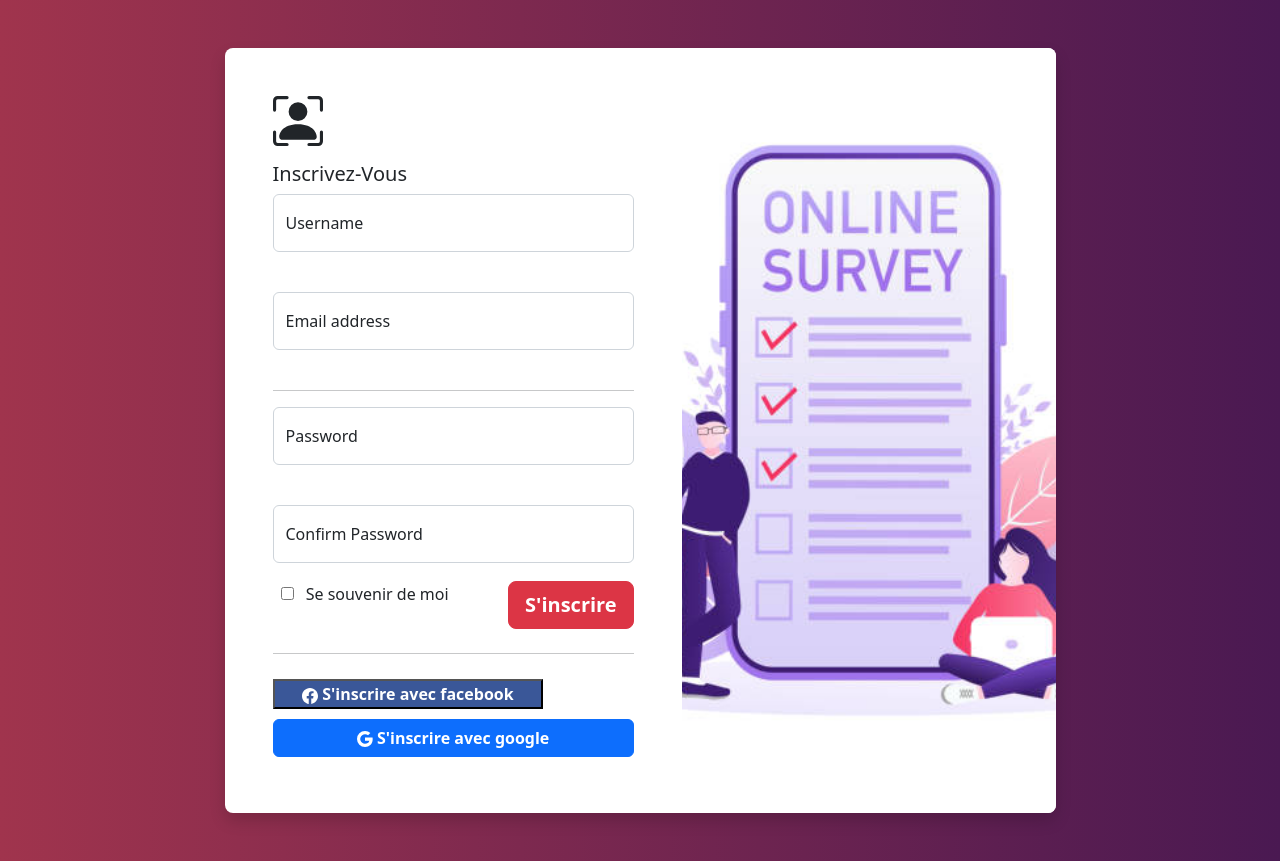
Repository: Djiamil/testsMoustaphaDER
Page: index.html
The author's editor kept a copy of each file at every save. The page is drawn from the files as they stood at one save, then again after the next save.
The browser window is 1280 px wide. The pictures show the whole page.

Above is the page before, as saved 2022-12-09 00:56:38.

After the next save:
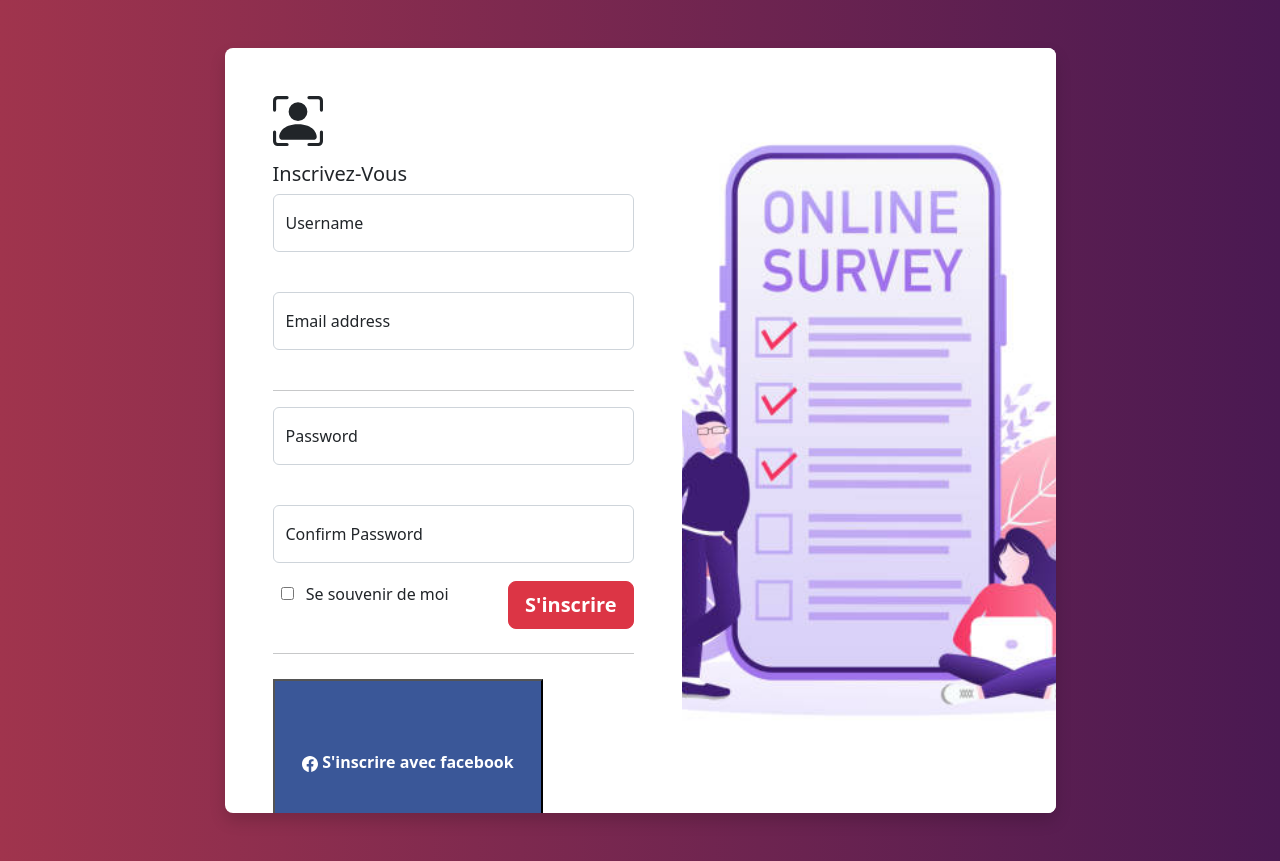
Saved 4 s later.
--- a/index.html
+++ b/index.html
@@ -58,7 +58,7 @@
 
                     <hr class="my-4">
                 </form>
-                    <div class="d-grid mb-2 w-75 h-">
+                    <div class="d-grid mb-2 w-75 h-25">
                         <button class="btn-facebook btn-login fw-bold ">
                             <svg xmlns="http://www.w3.org/2000/svg" width="16" height="16" fill="currentColor" class="bi bi-facebook" viewBox="0 0 16 16">
                                 <path d="M16 8.049c0-4.446-3.582-8.05-8-8.05C3.58 0-.002 3.603-.002 8.05c0 4.017 2.926 7.347 6.75 7.951v-5.625h-2.03V8.05H6.75V6.275c0-2.017 1.195-3.131 3.022-3.131.876 0 1.791.157 1.791.157v1.98h-1.009c-.993 0-1.303.621-1.303 1.258v1.51h2.218l-.354 2.326H9.25V16c3.824-.604 6.75-3.934 6.75-7.951z"/>

After the 2 saves that followed:
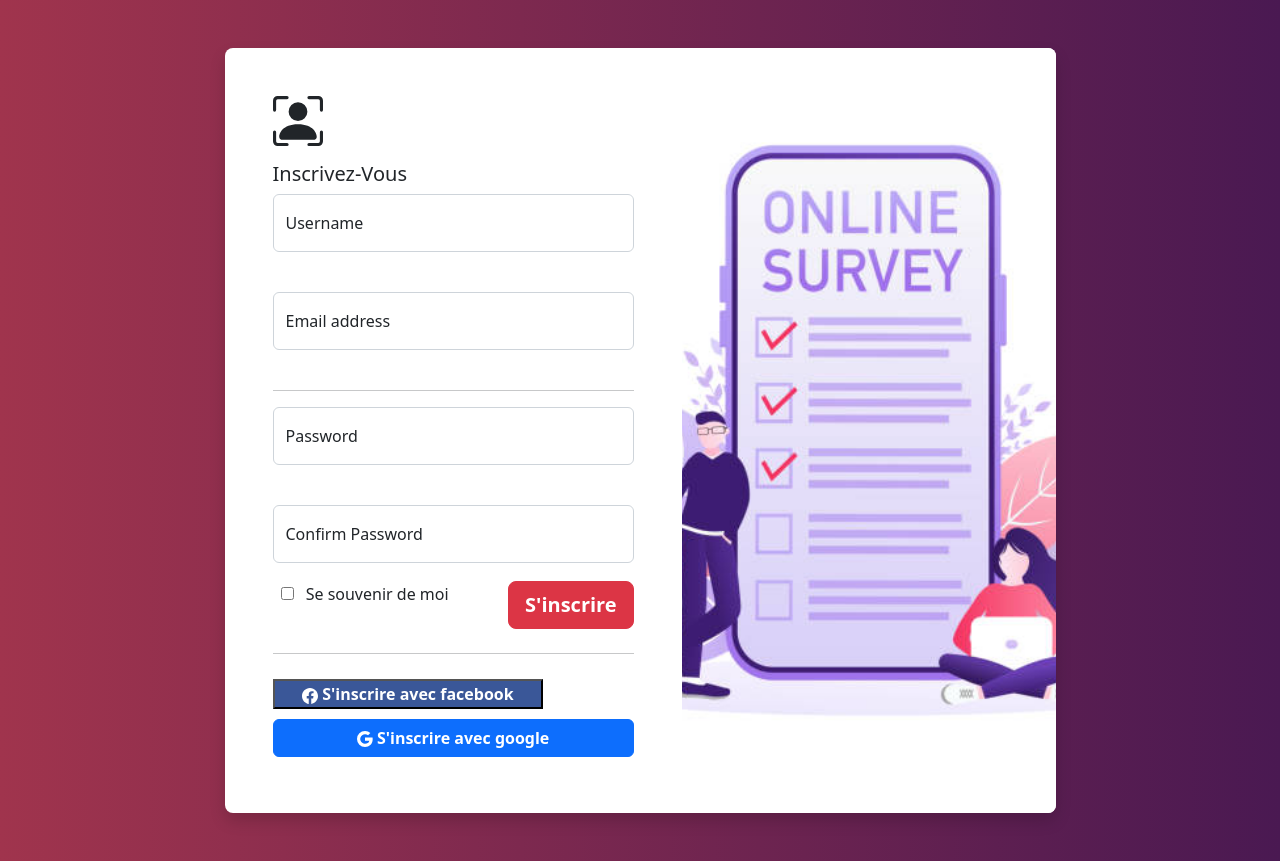
The 2 saves are shown as one change because they came seconds apart.
The last was saved 11 s later.
--- a/index.html
+++ b/index.html
@@ -58,7 +58,7 @@
 
                     <hr class="my-4">
                 </form>
-                    <div class="d-grid mb-2 w-75 h-25">
+                    <div class="d-grid mb-2 w-75 h-5">
                         <button class="btn-facebook btn-login fw-bold ">
                             <svg xmlns="http://www.w3.org/2000/svg" width="16" height="16" fill="currentColor" class="bi bi-facebook" viewBox="0 0 16 16">
                                 <path d="M16 8.049c0-4.446-3.582-8.05-8-8.05C3.58 0-.002 3.603-.002 8.05c0 4.017 2.926 7.347 6.75 7.951v-5.625h-2.03V8.05H6.75V6.275c0-2.017 1.195-3.131 3.022-3.131.876 0 1.791.157 1.791.157v1.98h-1.009c-.993 0-1.303.621-1.303 1.258v1.51h2.218l-.354 2.326H9.25V16c3.824-.604 6.75-3.934 6.75-7.951z"/>
